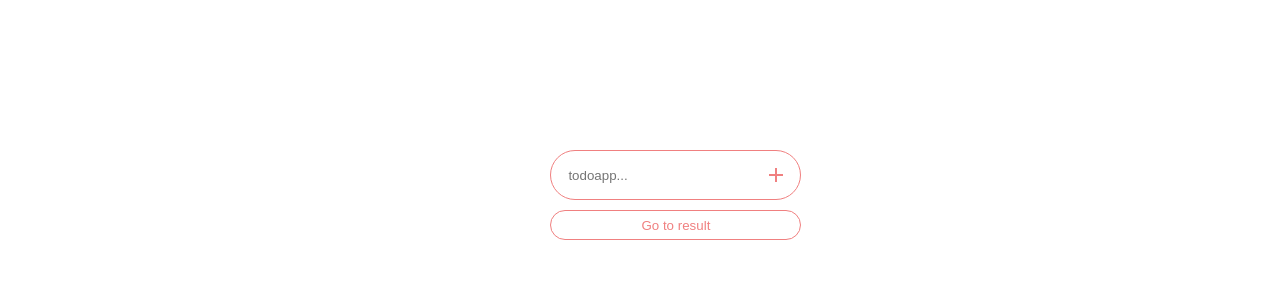
Repository: ehabmelhem/React-Redux--todoapp
Page: / (app in todoapp/)
An editor plug-in stored every save of this project. The page is shown before and after the next save, followed by the edit.
The browser window is 1280 px wide. The pictures show the whole page.
The first visible `.btn` is being pressed.
The project was rebuilt for these pictures with package versions that can differ from the ones it lists, and the page was loaded fresh each time. Imported but missing from the stored project, and not drawn on this page: todoapp/src/redux/reducers.

Above is the page before, as saved 2021-01-30 18:22:11.

After the next save:
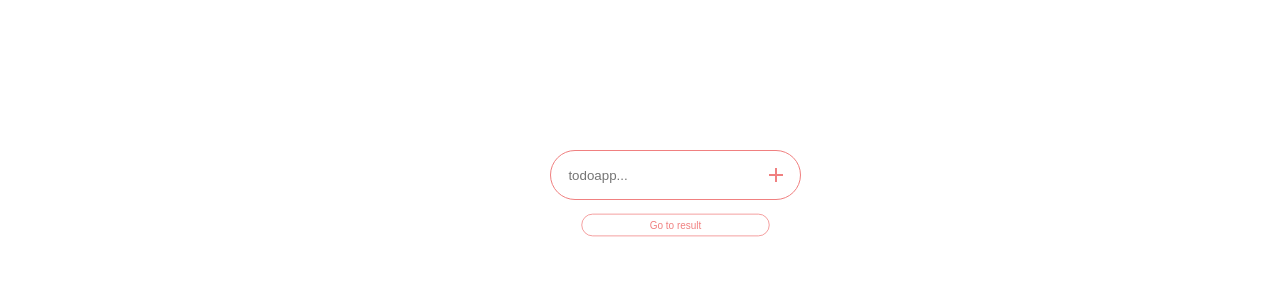
Saved 4 s later.
--- a/todoapp/src/App.css
+++ b/todoapp/src/App.css
@@ -35,6 +35,6 @@
   background-color: white;
   border: 1px solid lightcoral;
 }
-.btn:active{
-  tra
+.btn:active {
+  transform: scale(0.75);
 }
